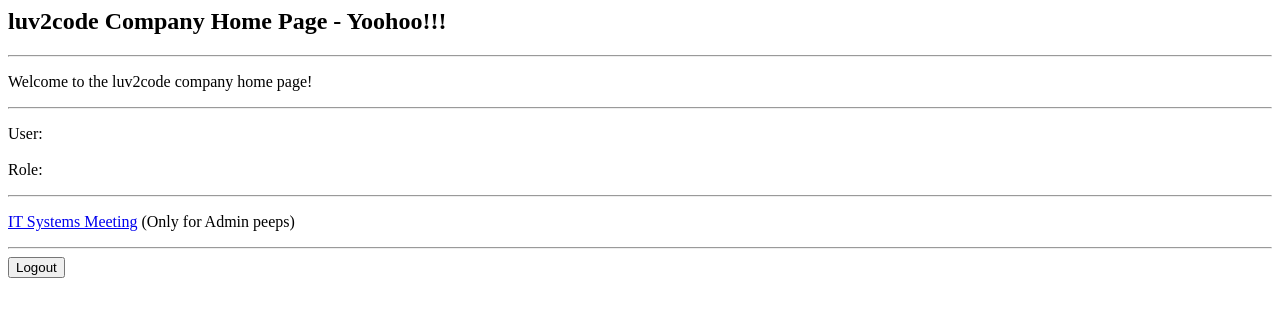
Repository: MOURAD1997-ctrl/dev-security
Page: http://localhost/spring-security-demo-07-user-roles/WEB-INF/view/home.jsp
These files come from the project's save history. The page is drawn as it stood at one moment and after the next save; the edit follows.
The browser window is 1280 px wide. The pictures show the whole page.
The page is served by Tomcat 9. Nobody is signed in. Other server files are loaded and not shown. The template is opened directly, without the code that normally fills it, so the values that code supplies are empty.

Above is the page before, as saved 2020-06-05 19:42:36.

### spring-security-demo-07-user-roles/src/main/webapp/WEB-INF/view/home.jsp
<%@ taglib prefix="form" uri="http://www.springframework.org/tags/form" %>
<%@ taglib prefix="security" uri="http://www.springframework.org/security/tags" %>

<html>

<head>
    <title>luv2code Company Home Page</title>
</head>


<body>
   <h2>luv2code Company Home Page - Yoohoo!!!</h2>
   <hr>
   <p>
   Welcome to the luv2code company home page!
   </p>
   <hr>
   <!-- display user id and role -->
   <p>
      User: <security:authentication property="principal.username"/>
      <br><br>
      Role: <security:authentication property="principal.authorities"/>
   </p>
   <hr>
   <security:authorize access="hasRole('MANAGER')">
   <p>
      <a href="${pageContext.request.contextPath}/leaders">LeaderShip Meeting</a>
      (Only for Manager peeps)
   </p>
   </security:authorize>
   <p>
      <a href="${pageContext.request.contextPath}/systems">IT Systems Meeting</a>
      (Only for Admin peeps)
   </p>
   <hr>
   <form:form action="${pageContext.request.contextPath}/logout"
              method="POST">

            <input type="submit" value="Logout" />

   </form:form>
</body>


</html>

After the next save:
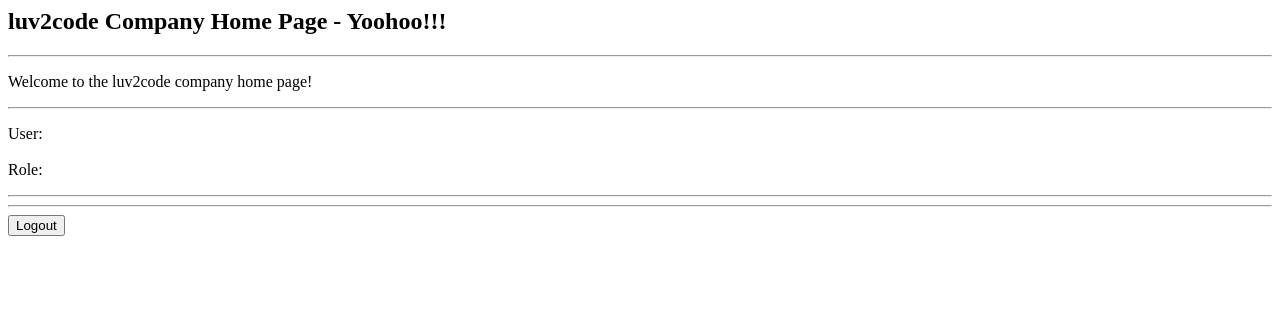
Saved 21 s later.
--- a/spring-security-demo-07-user-roles/src/main/webapp/WEB-INF/view/home.jsp
+++ b/spring-security-demo-07-user-roles/src/main/webapp/WEB-INF/view/home.jsp
@@ -28,10 +28,12 @@
       (Only for Manager peeps)
    </p>
    </security:authorize>
+   <security:authorize access="hasRole('MANAGER')">
    <p>
       <a href="${pageContext.request.contextPath}/systems">IT Systems Meeting</a>
       (Only for Admin peeps)
    </p>
+   </security:authorize>
    <hr>
    <form:form action="${pageContext.request.contextPath}/logout"
               method="POST">
